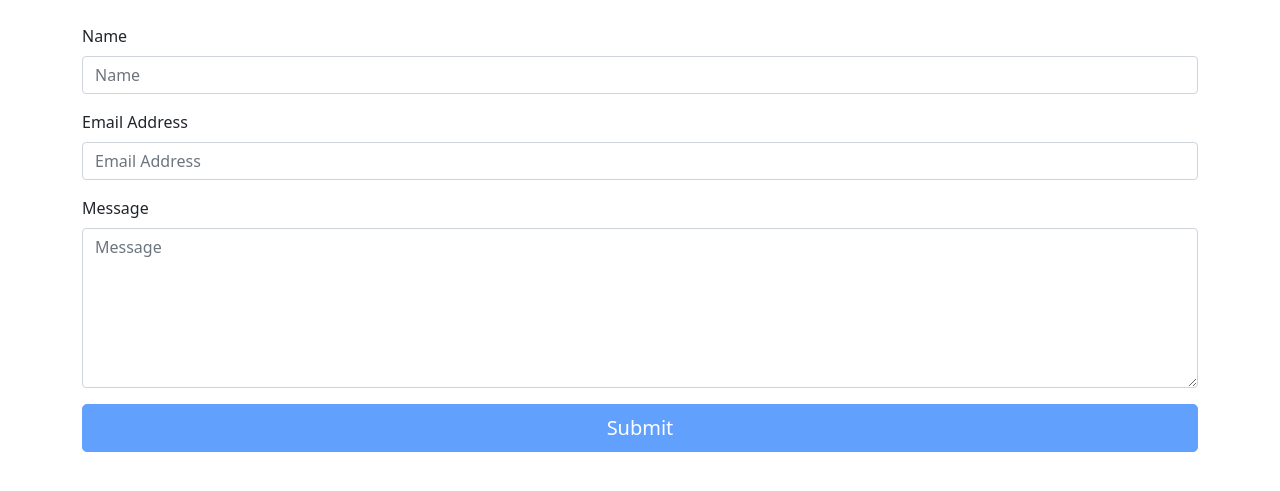
Repository: ahamie71/myfolio
Page: http://localhost/contact.php
The author's editor kept a copy of each file at every save. The page is drawn from the files as they stood at one save, then again after the next save.
The browser window is 1280 px wide. The pictures show the whole page.
The page is run by PHP 8.4 with error messages shown; the project is at /var/www/html/.

Above is the page before, as saved 2023-01-11 15:42:40.

After the next save:
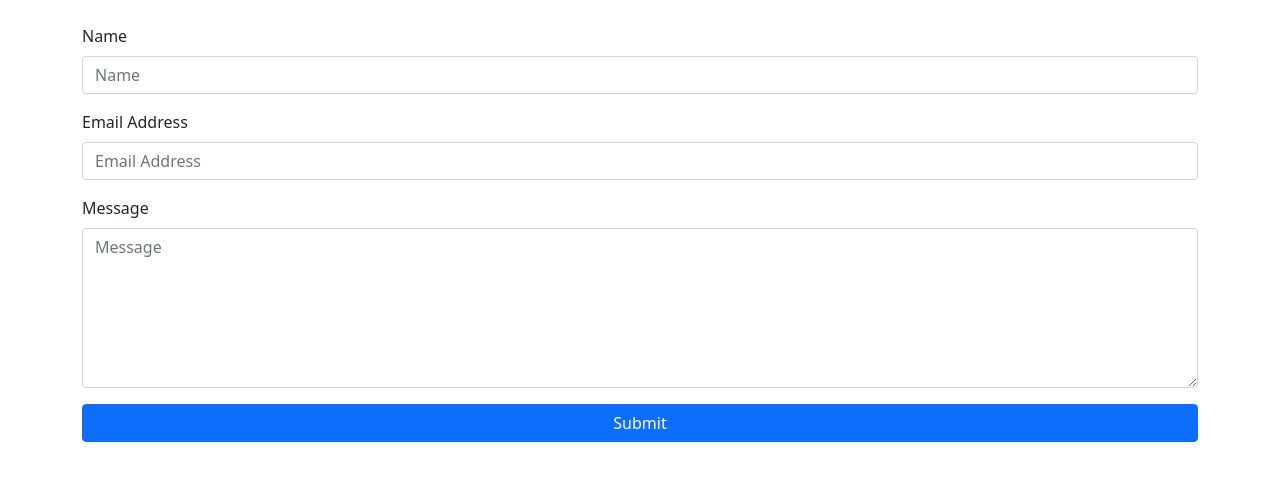
Saved 2 min 44 s later.
--- a/contact.php
+++ b/contact.php
@@ -76,7 +76,7 @@
 
             <!-- Form submit button -->
             <div class="d-grid">
-                <button class="btn btn-primary btn-lg disabled" id="submitButton" type="submit"
+                <button class="btn btn-primary " id="submitButton" type="submit"
                     name="register">Submit</button>
             </div>
 
